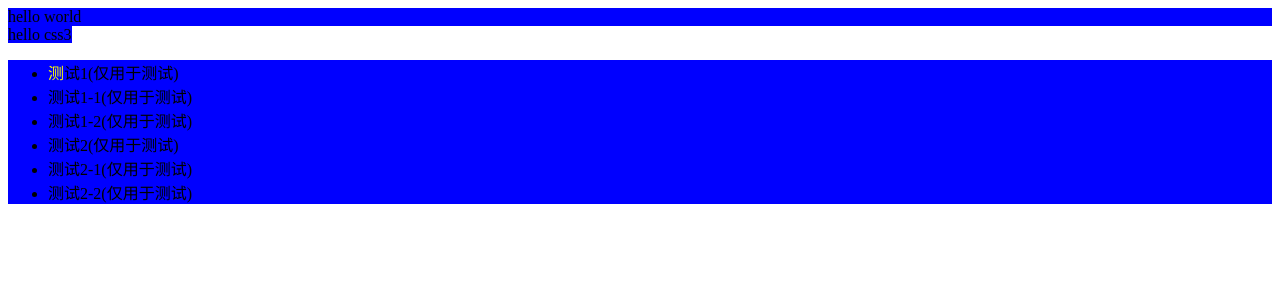
Repository: zdsherlock/HtmlCssLearn
Page: CSS/test-attSelect/index.html
These files come from the project's save history. The page is drawn as it stood at one moment and after the next save; the edit follows.
The browser window is 1280 px wide. The pictures show the whole page.

Above is the page before, as saved 2021-05-06 02:14:09.

After the next save:
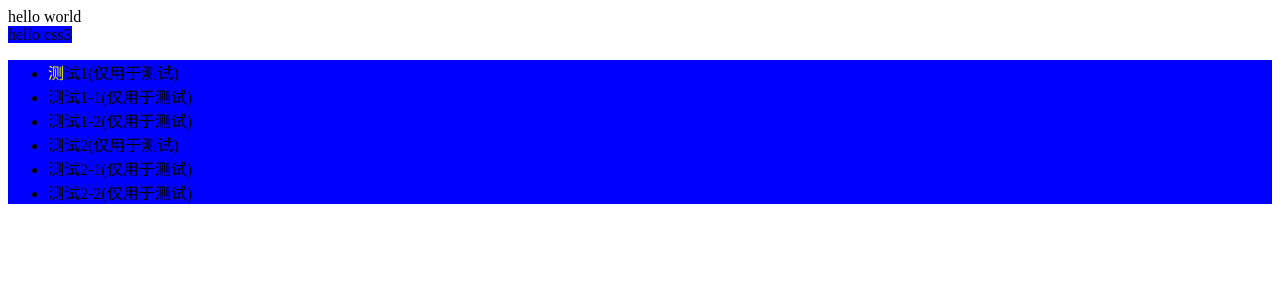
Saved 29 s later.
--- a/CSS/test-attSelect/index.html
+++ b/CSS/test-attSelect/index.html
@@ -32,7 +32,7 @@
             /* :root {
                 background-color: blue;
             } */
-            body *:not(li) {
+            body *:not(div) {
                 background-color: blue;
             }
 
